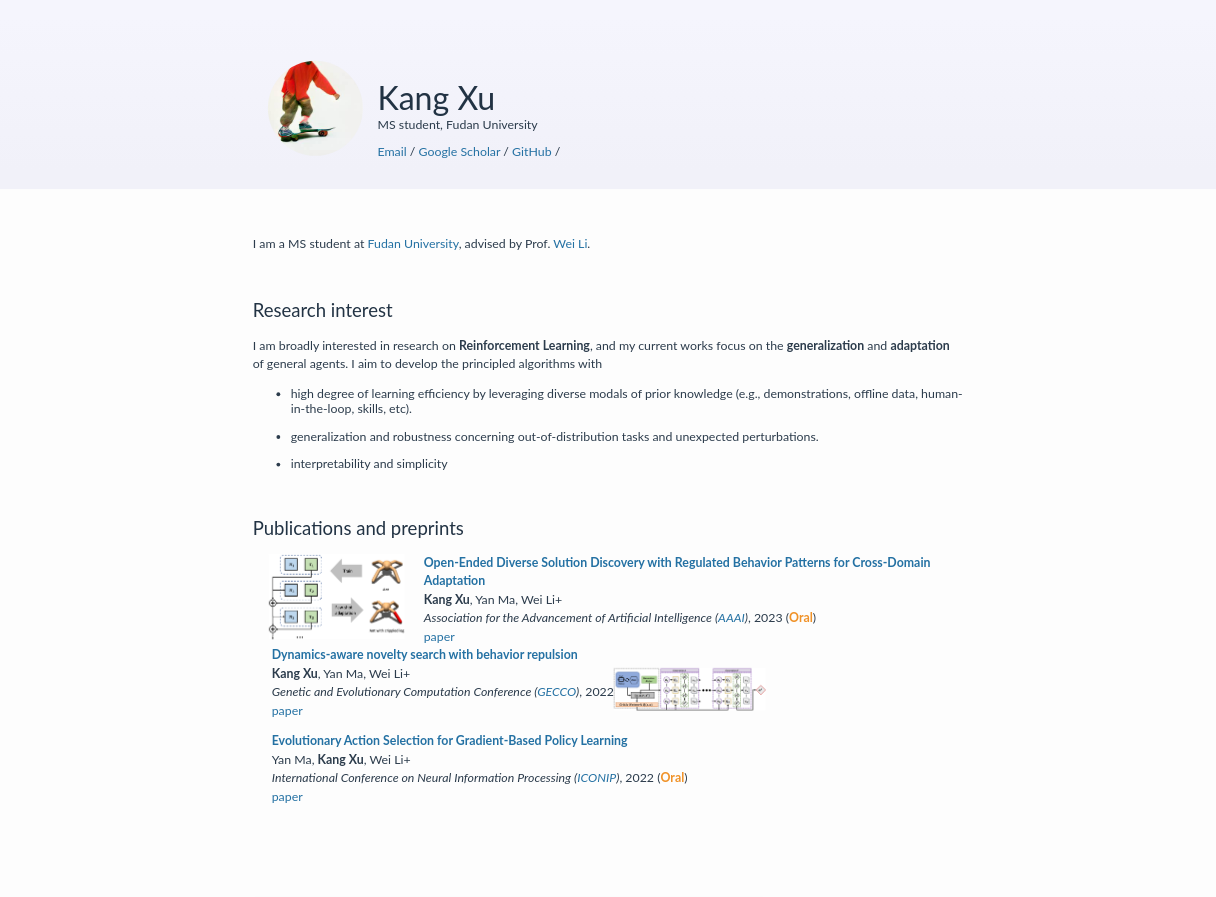
Repository: Kavka1/kang-xu.github.io
Page: index.html
The author's editor kept a copy of each file at every save. The page is drawn from the files as they stood at one save, then again after the next save.
The browser window is 1280 px wide. The pictures show the whole page, at 95% of full size.

Above is the page before, as saved 2023-05-19 12:20:49.

### index.html
<!DOCTYPE html>
<head>
    <title>Kang Xu</title>
    <meta property="og:title" content="Kang Xu">
	<meta property="og:description" content="MS student, Fudan University">
    <meta property="og:image" content="https://kang-xu.github.io/files/lichter.jpeg">
	<meta property="og:url" content="https://kang-xu.github.io/">
	<meta name="twitter:card" content="summary_large_image">
    <link rel="apple-touch-icon" sizes="180x180" href="files/apple-touch-icon.png">
    <link rel="icon" type="image/png" sizes="32x32" href="files/favicon-32x32.png">
    <link rel="icon" type="image/png" sizes="16x16" href="files/favicon-16x16.png">
    <link rel="manifest" href="files/site.webmanifest">
    <link rel="stylesheet" href="style.css">
    <style>
        .post-title {font-size: 2em; margin-bottom: 16px;}
        .center-img {display: block; margin: auto;}
        .img-border {border: 1px solid #999;}
        div.codeblock {display: block; margin: auto; margin-top: 6px; margin-bottom: 6px; width: 100%; background-color: #f1f1f1; padding: 12px;}
        code {font-family: Consolas,"courier new"; color: rgb(41, 45, 62); background-color: #f1f1f1; padding: 2px; font-size: 105%;}
        code .comment {color: #719141;}
        code .gray {color: rgb(146, 147, 150);}
        .bullets li {margin-bottom: 12px;}
    </style>
</head>

<div class="header noselect">
    <div class="content row">
        <div class="header-profile-picture"></div>
        <div class="header-text">
            <div class="header-name">
                <h1>Kang Xu</h1>
            </div>
            <div class="header-subtitle">
                MS student, Fudan University
            </div>
            <div class="header-links">
                <a class="btn" href="#contact">Email</a> /
                <a class="btn" href="https://scholar.google.com/citations?user=7FTLsHUAAAAJ&hl=zh-CN">Google Scholar</a> /
                <a class="btn" href="https://github.com/Kavka1">GitHub</a> /
                <!-- <a class="btn" href="https://twitter.com/ncklashansen">Twitter</a> / -->
                <!-- <a class="btn" href="https://www.linkedin.com/in/ncklas">LinkedIn</a> / -->
                <!-- <a class="btn" href="files/cv.pdf">CV</a> -->
            </div>
        </div>
    </div>
</div>
<div class="content" style="padding-bottom: 64px;">
    <div>
        <p>
            I am a MS student at <a href="https://www.fudan.edu.cn/en/">Fudan University</a>, advised by Prof. <a href="https://scholar.google.co.uk/citations?user=AG3OXS0AAAAJ&hl=en">Wei Li</a>.
        </p>
    </div>
    <div>
        <h2 class="noselect">Research interest</h2>
        <p>
            I am broadly interested in research on <span class="bold">Reinforcement Learning</span>, and my current works focus on the <span class="bold">generalization</span> and <span class="bold">adaptation</span> of general agents. I aim to develop the principled algorithms with
            <ul>
                <li>
                    high degree of learning efficiency by leveraging diverse modals of prior knowledge (e.g., demonstrations, offline data, human-in-the-loop, skills, etc).
                </li>
            </ul>
            <ul>
                <li>
                    generalization and robustness concerning out-of-distribution tasks and unexpected perturbations.
                </li>
            </ul>
            <ul>
                <li>
                    interpretability and simplicity
                </li>
            </ul>
        </p>
    </div>
    <div>
        <h2 class="noselect">Publications and preprints</h2>
        <!-- <p>Papers sorted by recency. Representative papers are <span style="background-color: #fff8df">highlighted</span>.</p> -->
        <div class="publication row clearfix">
            <div class="row-media" style="background-image: url(files/DiR.png);"></div>
            <div class="row-text">
                <a class="publication-title bold" href="https://arxiv.org/abs/2209.12029">
                    Open-Ended Diverse Solution Discovery with Regulated Behavior Patterns for Cross-Domain Adaptation</a><br/>
                <span class="bold">Kang Xu</span>, Yan Ma, Wei Li+<br/>
                <span class="italic">Association for the Advancement of Artificial Intelligence (<a href="https://aaai.org/">AAAI</a>)</span>, 2023 (<span class="bold" style="color: #f09228;">Oral</span>)</span><br/>
                <a class="btn btn-red" href="https://arxiv.org/abs/2209.12029">paper</a>
            </div>
            <div class="row-text">
                <a class="publication-title bold" href="https://dl.acm.org/doi/abs/10.1145/3512290.3528761">
                    Dynamics-aware novelty search with behavior repulsion</a><br/>
                <span class="bold">Kang Xu</span>, Yan Ma, Wei Li+<br/>
                <span class="italic">Genetic and Evolutionary Computation Conference (<a href="https://dl.acm.org/conference/gecco">GECCO</a>)</span>, 2022<br/>
                <a class="btn btn-red" href="https://dl.acm.org/doi/abs/10.1145/3512290.3528761">paper</a>
            </div>
            <div class="row-media" style="background-image: url(files/EAS.png);"></div>
            <div class="row-text">
                <a class="publication-title bold" href="https://link.springer.com/chapter/10.1007/978-3-031-30111-7_49">
                    Evolutionary Action Selection for Gradient-Based Policy Learning</a><br/>
                    Yan Ma, <span class="bold">Kang Xu</span>, Wei Li+<br/>
                <span class="italic">International Conference on Neural Information Processing (<a href="https://www.apnns.org/ICONIP2022/">ICONIP</a>)</span>, 2022 (<span class="bold" style="color: #f09228;">Oral</span>)</span><br/>
                <a class="btn btn-red" href="https://mantle2048.github.io/projects/EAS/EAS.pdf">paper</a>
            </div>
        </div>
    </div>
</div>

### style.css
html {-webkit-text-size-adjust: 100%; -moz-text-size-adjust: 100%; -ms-text-size-adjust: 100%;}
body {background-color: #fdfdfd; color: #2c3c4c; margin: 0; font-size: 13px;}
h1 {margin-bottom: 32px; font-size: 2.6em;}
h2 {margin-top: 48px;}
h1, h2 {color: #234;}
h3, h4, h5 {color: #345;}
h1, h2, h3, h4, h5, a, p, span, body, div {font-weight: normal; font-family: 'Lato', Verdana, Helvetica, sans-serif;}
.header {background: linear-gradient(to bottom, #f5f5fd 10%, #f1f1f9 90%); width: 100%; padding-top: 16px; padding-bottom: 32px;}
.header-profile-picture, .header-text {display: inline-block;}
.header-name h1 {margin: 0;}
.header-subtitle {margin-bottom: 12px;}
.header-profile-picture {width: 100px; height: 100px; margin-right: 12px; border-radius: 50%; background-image: url(files/lichter.jpeg); background-position: center; background-size: contain;}
.content {max-width: 748px; padding-left: 16px; padding-right: 16px; margin: auto; margin-top: 48px;}
.hr {width: 100%; height: 1px; margin: 48px 0; background-color: #d6dbdf;}
a {color: #2471a3; text-decoration: none;}
a:focus, a:hover {color: #f09228;}
p {line-height: 1.5em;}
.nobreak {white-space: nowrap;}
.noselect {-webkit-touch-callout: none; -webkit-user-select: none; -khtml-user-select: none; -moz-user-select: none; -ms-user-select: none; user-select: none;}
.bold {font-weight: bold;}
.italic {font-style: italic;}
.bulletpoints {line-height: 1.5em;}
.row {box-sizing: border-box;}
.row-media {display: block; float: left; width: 160px; height: 90px; background-position: center; background-size: contain; background-repeat: no-repeat;}
.row-text {display: block; float: left; margin-left: 12px; line-height: 1.5em; max-width: 566px;}
.row-text span {line-height: inherit;}
.clearfix {content: ""; clear: both; display: table;}
.publication {margin-bottom: 32px; padding-left: 8px;}
.publication.highlight {background-color: #fff8df; width: 100%; padding-top: 8px; padding-bottom: 8px; border-radius: 4px;}
.press {width: 100px; height: 80px; border: 1px solid #def; margin-right: 12px; background-size: cover;}
.img-contain {background-size: contain !important;}
.footer {background-color: #345; width: 100%}
.footer-content {color: #fff; font-size: 10px; padding: 6px 0; max-width: 748px; margin: auto;}
.footer-content a {color: #fff; text-decoration: underline;}
.footer-content a:hover {color: #f09228 !important;}
.stars {font-size: 10px; display: inline-block; margin-left: 6px; color: #666;}

@media only screen and (max-width: 1150px) {
    .header-profile-picture, .header-text {display: block; margin: auto; text-align: center;}
    .header-profile-picture {margin-bottom: 12px; width: 140px; height: 140px;}
    body {font-size: 18px;}
    a.btn {font-size: 14px; padding: 2px 6px;}
}

@media only screen and (max-width: 1000px) {
    .publication {margin-bottom: 46px;}
    .publication .row-media {width: 260px; height: 130px; margin: auto; margin-bottom: 12px; display: block;}
    .publication .row-text {display: block; width: 100%; margin-left: 0;}
    .press {display: block;}
}

After the next save:
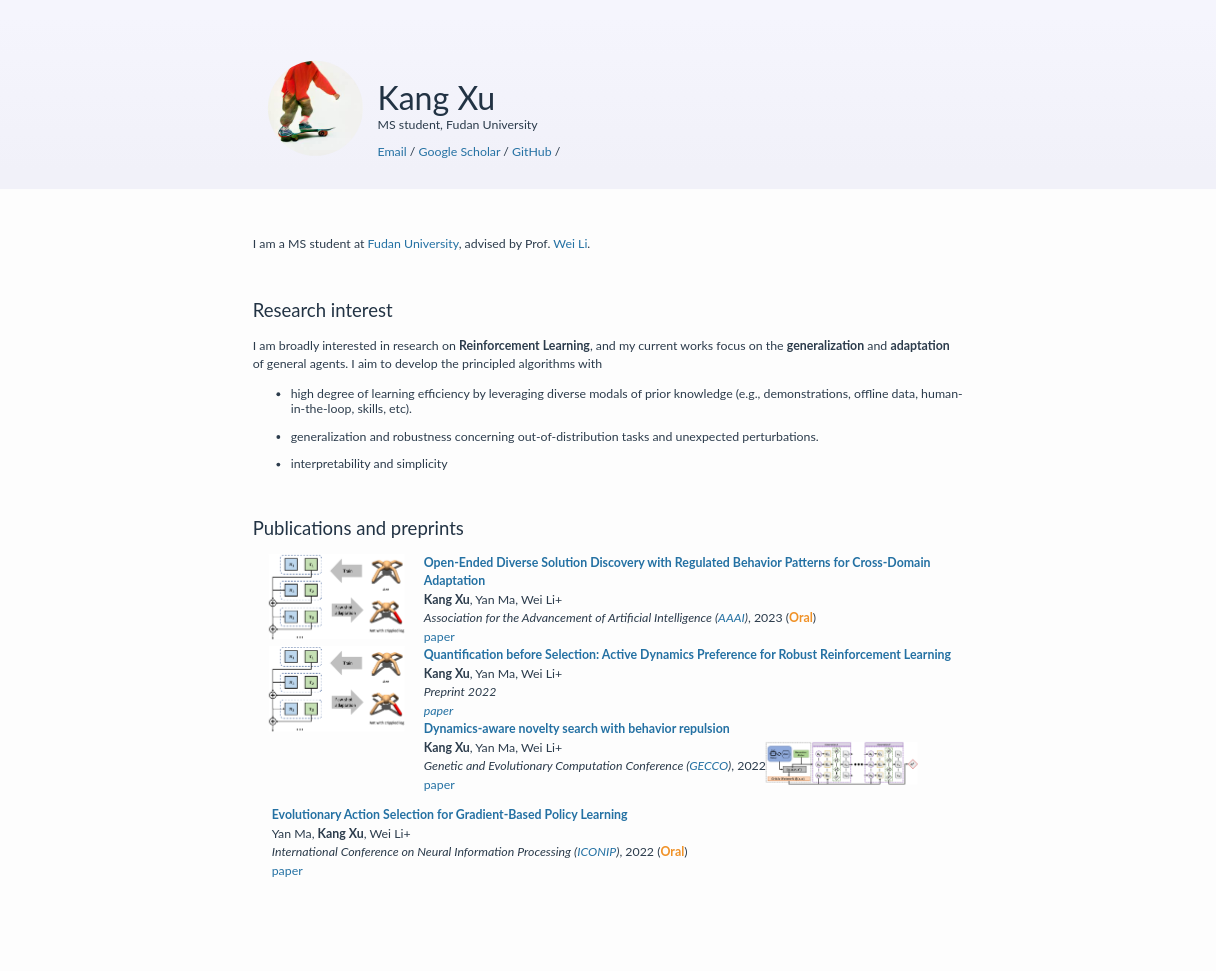
Saved 81 s later.
--- a/index.html
+++ b/index.html
@@ -83,6 +83,14 @@
                 <span class="italic">Association for the Advancement of Artificial Intelligence (<a href="https://aaai.org/">AAAI</a>)</span>, 2023 (<span class="bold" style="color: #f09228;">Oral</span>)</span><br/>
                 <a class="btn btn-red" href="https://arxiv.org/abs/2209.12029">paper</a>
             </div>
+            <div class="row-media" style="background-image: url(files/DiR.png);"></div>
+            <div class="row-text">
+                <a class="publication-title bold" href="https://arxiv.org/abs/2209.11596">
+                    Quantification before Selection: Active Dynamics Preference for Robust Reinforcement Learning</a><br/>
+                <span class="bold">Kang Xu</span>, Yan Ma, Wei Li+<br/>
+                <span class="italic">Preprint 2022 <br/>
+                <a class="btn btn-red" href="https://arxiv.org/abs/2209.11596">paper</a>
+            </div>
             <div class="row-text">
                 <a class="publication-title bold" href="https://dl.acm.org/doi/abs/10.1145/3512290.3528761">
                     Dynamics-aware novelty search with behavior repulsion</a><br/>
